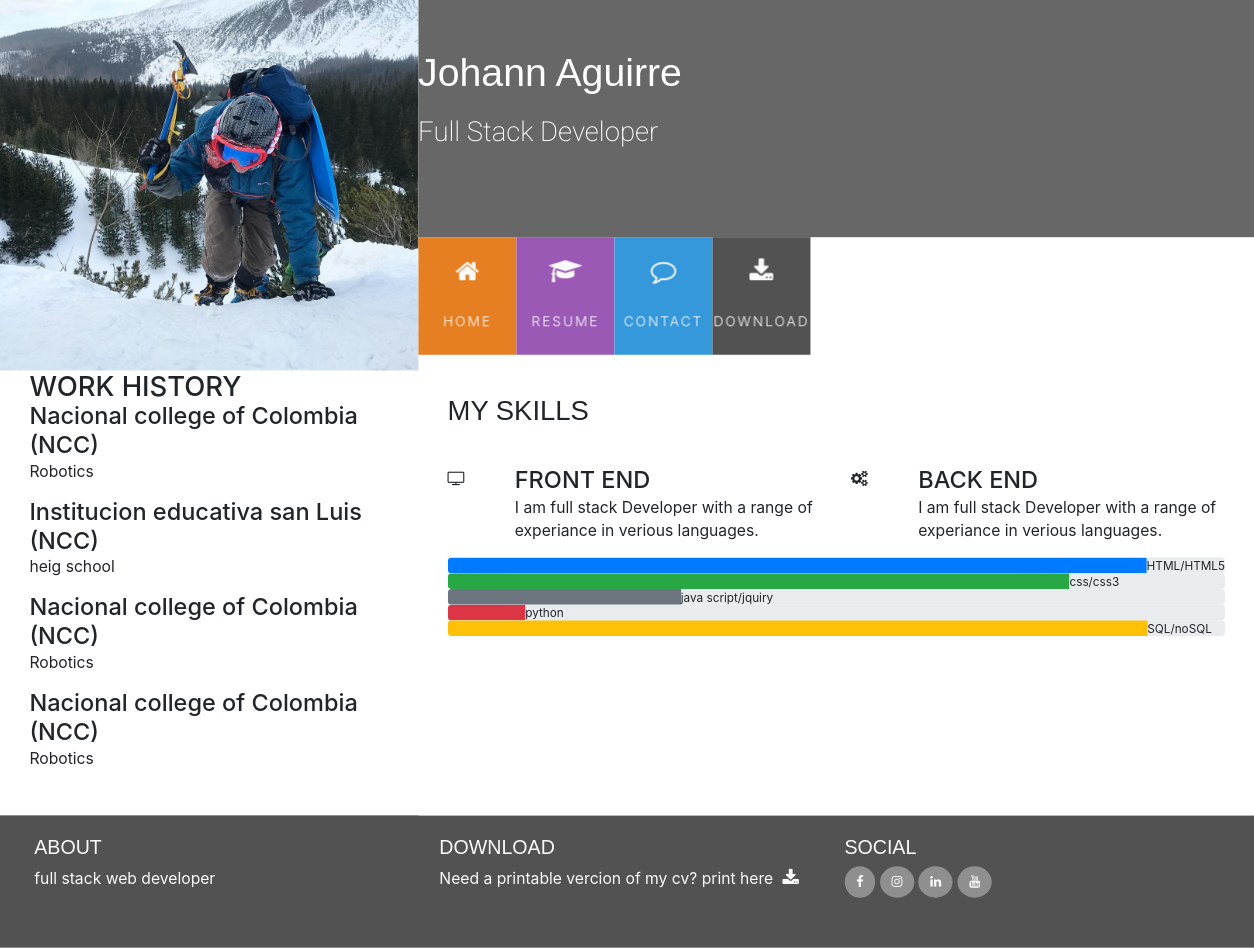
Repository: cachimiro/cv
Page: resume.html
The author's editor kept a record of every edit. The page is drawn from the files as they stood at one moment, then again after the next edit.
The browser window is 1280 px wide. The pictures show the whole page, at 98% of full size.
Some web fonts or font styles are not loaded; a fallback is used. Some web libraries are served in a nearby version.

Above is the page before.

### resume.html
<!DOCTYPE html>
<html lang="en">

<head>
    <meta charset="UTF-8">
    <meta name="viewport" content="width=device-width, initial-scale=1.0">
    <meta http-equiv="X-UA-Compatible" content="ie=edge">
    <link rel="stylesheet" href="https://stackpath.bootstrapcdn.com/bootstrap/4.2.1/css/bootstrap.min.css" type="text/css" />
    <link rel="stylesheet" href="https://stackpath.bootstrapcdn.com/font-awesome/4.7.0/css/font-awesome.min.css" type="text/css" />
    <link rel="stylesheet" href="https://cdnjs.cloudflare.com/ajax/libs/hover.css/2.3.1/css/hover-min.css" type="text/css" />
    <link rel="stylesheet" href="css/style.css" type="text/css" />
    <title>Johann Aguirre</title>
</head>

<body>
    <header>
        <div class="row no-gutters">
            <a href="index.html" class="col-md-4 logo">

            </a>
            <div class="col-md-8">
                <div class="row no-gutters">
                    <div class="col heading bg-color-name-title">
                        <h1 class="name">Johann Aguirre</h1>
                        <h2 class="title">Full Stack Developer</h2>

                    </div>
                </div>
                <div class="row no-gutters inline-block">
                    <div class="col"></div>
                    <ul id="nav" class="list-inline menucontainer">
                        <li class="col-6 col-sm-3 ui-menu-color-home list-inline-item menuitem">
                            <a href="#" class="hvr-sweep-to-bottom"><i class="fa fa-home " aria-hidden="true"></i><span>Home</span></a>
                        </li>
                        <li class="col-6 col-sm-3 ui-menu-color-resume list-inline-item menuitem">
                            <a href="#" class="hvr-sweep-to-bottom"><i class="fa fa-graduation-cap"aria-hidden="true"></i> <span>Resume</span></a>
                        </li>
                        <li class="col-6 col-sm-3 ui-menu-color-contact list-inline-item menuitem">
                            <a href="#" class="hvr-sweep-to-bottom"><i class="fa fa-comment-o" aria-hidden="true"></i><span>Contact</span></a>
                        </li>
                        <li class="col-6 col-sm-3 ui-menu-color-download list-inline-item menuitem">
                            <a href="#" class="hvr-sweep-to-bottom"><i class="fa fa-download" aria-hidden="true"></i><span>Download</span></a>
                        </li>

                        </li>
                    </ul>

                </div>

            </div>
        </div>
    </header>
    <section class="container-fluid">
        <div class="row">
            <div class="col-md-4 bg-color-work-history section-column">
                <div class="row">
                    <div class="col-12">
                        <h3 class="history-heading uppercase">work History</h3>
                    </div>
                </div>
                <div class="timeline-item" data-dates="02/1999-04/2004">
                    <h4>Nacional college of Colombia (NCC)</h4>
                    <p>Robotics</p>
                </div>
                <div class="timeline-item" data-dates="08/2004-04/2008">
                    <h4>Institucion educativa san Luis (NCC)</h4>
                    <p>heig school</p>
                </div>
                <div class="timeline-item" data-dates="04/2008-04/2009">
                    <h4>Nacional college of Colombia (NCC)</h4>
                    <p>Robotics</p>
                </div>
                <div class="timeline-item" data-dates="04/2009-04/2015">
                    <h4>Nacional college of Colombia (NCC)</h4>
                    <p>Robotics</p>
                </div>
            </div>
            <div class="col-md-8 bg-color-three-reasons section-column">
                <div class="row">
                    <div class="col">
                        <h3 class="section-heading uppercase">My skills</h3>
                    </div>
                </div>
                <div class="row">
                    <div class="col-10 offset-1 offset-sm-0 col-sm-4 col-md-6">
                        <div class="row">
                            <div class="col-2">
                                <i class="three-reasons-icon fa fa-tv" aria-hidden="true"></i>
                            </div>
                            <div class="col-10">
                                <h4 class="three-reasons-heading uppercase">Front End</h4>
                                <p>I am full stack Developer with a range of experiance in verious languages.</p>
                            </div>
                        </div>
                    </div>
                    <div class="col-10 offset-1 offset-sm-0 col-sm-4 col-md-6">
                        <div class="row">
                            <div class="col-2">
                                <i class="three-reasons-icon fa fa-gears" aria-hidden="true"></i>
                            </div>
                            <div class="col-10">
                                <h4 class="three-reasons-heading uppercase">Back End</h4>
                                <p>I am full stack Developer with a range of experiance in verious languages.</p>
                            </div>
                        </div>
                    </div>


                </div>
                <div class="row progress-section">
                    <div class="col">
                        <div class="progress">
                            <div class="progress-bar" role="progressbar" aria-valuenow="90" aria-valuemin="0" aria-valuemax="100" style="width:90%;">
                                <span class="sr-only">90% complete</span>
                            </div>
                            <span class="progress-type">HTML/HTML5</span>
                        </div>
                        <div class="progress">
                            <div class="progress-bar bg-success" role="progressbar" aria-valuenow="70" aria-valuemin="0" aria-valuemax="100" style="width:80%;">
                                <span class="sr-only">70% complete</span>
                            </div>
                            <span class="progress-type">css/css3</span>
                        </div>

                        <div class="progress">
                            <div class="progress-bar bg-secondary" role="progressbar" aria-valuenow="50" aria-valuemin="0" aria-valuemax="100" style="width:30%;">
                                <span class="sr-only">10% complete</span>
                            </div>
                            <span class="progress-type">java script/jquiry</span>
                        </div>
                        <div class="progress">
                            <div class="progress-bar bg-danger" role="progressbar " aria-valuenow="30" aria-valuemin="0" aria-valuemax="100" style="width:10%;">
                                <span class="sr-only">8% complete</span>
                            </div>
                            <span class="progress-type">python</span>
                        </div>
                        <div class="progress">
                            <div class="progress-bar bg-warning" role="progressbar" aria-valuenow="90" aria-valuemin="0" aria-valuemax="100" style="width:90%;">
                                <span class="sr-only">90% complete</span>
                            </div>
                            <span class="progress-type">SQL/noSQL</span>
                        </div>
                    </div>
                </div>

            </div>
        </div>


    </section>
    <footer class="container-fluid">
        <div id="footer-detail" class="row">
            <div class="col-sm-4">
                <h5 class="uppercase general-sub">About</h5>
                <p class="inline-block">full stack web developer</p>
            </div>
            <div class="col-sm-4">
                <h5 class="uppercase general-sub">Download</h5>
                <p class="inline-block"> Need a printable vercion of my cv? print here
                    <a href="#" target="_blank" class="cv-pdf">
                <i class="fa fa-download" aria-hidden="true"></i>
                <span class="sr-only">Download link</span>
                </a>
                </p>
            </div>
            <div class="col-sm-4">
                <h5 class="uppercase general-sub">Social</h5>
                <ul class="list-inline social-links">
                    <li class="list-inline-item">
                        <a target="_blank" href="#">
                            <i class="fa fa-facebook" aria-hidden="true"></i>
                            <span class="sr-only">Facebook</span>
                        </a>
                    </li>
                    <li class="list-inline-item">
                        <a target="_blank" href="#">
                            <i class="fa fa-instagram" aria-hidden="true"></i>
                            <span class="sr-only">Instagram</span>
                        </a>
                    </li>
                    <li class="list-inline-item">
                        <a target="_blank" href="#">
                            <i class="fa fa-linkedin" aria-hidden="true"></i>
                            <span class="sr-only">Linkedin</span>
                        </a>
                    </li>
                    <li class="list-inline-item">
                        <a target="_blank" href="#">
                            <i class="fa fa-youtube" aria-hidden="true"></i>
                            <span class="sr-only">Youtube</span>
                        </a>
                    </li>
                </ul>

            </div>
        </div>


    </footer>

</body>

</html>

### css/style.css
@import url('https://fonts.googleapis.com/css?family=Roboto:100,200,300,400,500,600,700 | Exo 100,200,300,400,500,600,700');

/*--- colors*/

.bg-color-name-title {
    background-color: #676767;
}
.bg-color-three-reasons{
    background-color: #ffffff;
}

.ui-menu-color-home {
    background-color: #e67e22;


}

.ui-menu-color-resume {
    background-color: #9b59b6;

}

.ui-menu-color-contact {
    background-color: #3498db;

}

.ui-menu-color-download {
    background-color: #525252;
}

/*---- special paddings margins and text--*/

h1,
h2,
h3,
h4{
    margin: 0;

}
.uppercase{
    text-transform: uppercase;
}
.general-sub{
    font-family: "Exo", sans-serif;
    font-weight: 300;
    color: #fafafa;

}
.inline-block{
    display: inline-block;

}
.row-table{
    display: table;
}
.section-column{
    display: table-cell;
    padding: 0 30px 30px;
    float: none;
}

.section-heading{
    font-family: "Exo", sans-serif;
    font-weight: 300;
    margin-top: 25px;
    margin-bottom: 40px;
}


/*------- headings*/

header {
    margin: 0;
}

.logo {
    background: url("../images/johann.jpg");
    background-position: center;
    background-repeat: no-repeat;
    background-size: cover;
    min-height: 360px;
    transition: all .5s ease-in-out;
    -moz-transition: all .5s ease-in-out;
    -webkit-transition: all .5s ease-in-out;
}

.name {
    font-family: "exo", sans-serif;
    font-weight: 100;
    font-size: 40px;
    margin-top: 50px;
    color: #ffffff;
}

.title {
    font-family: "roboto", sans-serif;
    font-weight: 200;
    font-size: 28px;
    margin-top: 20px;
    margin-bottom: 90px;
    color: #ffffff;
}

.list-inline-item:not(:last-child) {
    margin: 0;
}

.menucontainer {
    font-size: 0;
}

.list-inline-item:not(:last-child) {
    margin: 0;
}

.menucontainer {
    font-size: 0;
}

#nav li {
    font-size: 14px;
    padding: 0;

}

.menuitem {
    height: 120px;
    text-align: center;
    padding: 0;
}

.menuitem a {
    width: 100px;
    text-decoration: 0;
    color: #fff;
    height: 120px;
}

.menuitem a i {
    padding: 22px;
    display: block;
    color: #fafafa;
    font-size: 26px;
}

.menuitem span {
    display: block;
    width: 100%;
    padding-top: 5px;
    text-align: center;
    text-transform: uppercase;
    font-size: 14px;
    font-weight: 300;
    letter-spacing: 2px;

}

/*-- hover.css*/

.hvr-sweep-to-bottom:before {
    background: rgb(0, 0, 0, 0.2);
    height: 120px;

}
/*--- footer*/
footer {
    background-color: #525252;
    color: #fafafa;
    min-height: 120px;
    margin: 0;
}
.cv-pdf i {
    font-size: 18px;
    color: #fafafa;
    text-align: center;
    padding-left: 5px;
    transition:all 0.35s ease-in-out;
    -moz-transition:all 0.35s ease-in-out;
    -webkit-transition:all 0.35s ease-in-out;
    -o-transition:all 0.35s ease-in-out;
}
.cv-pdf i:hover{
    color: #e84610
}
.social-links{
    padding-bottom: 15px;
}
.social-links li a i{
    widows: 32px;
    height: 32px;
    padding: 12px;
    border-radius: 50%;
    font-size: 13px;
    line-height: 7px;
    text-align: center;
    color: #fafafa;
    background: #8f8f8f;
     transition:all 0.35s ease-in-out;
    -moz-transition:all 0.35s ease-in-out;
    -webkit-transition:all 0.35s ease-in-out;
    -o-transition:all 0.35s ease-in-out;
}
.social-links li a i:hover{
    background:#e84610;

}
#footer-detail{
    padding: 20px;
}

After the next edit:
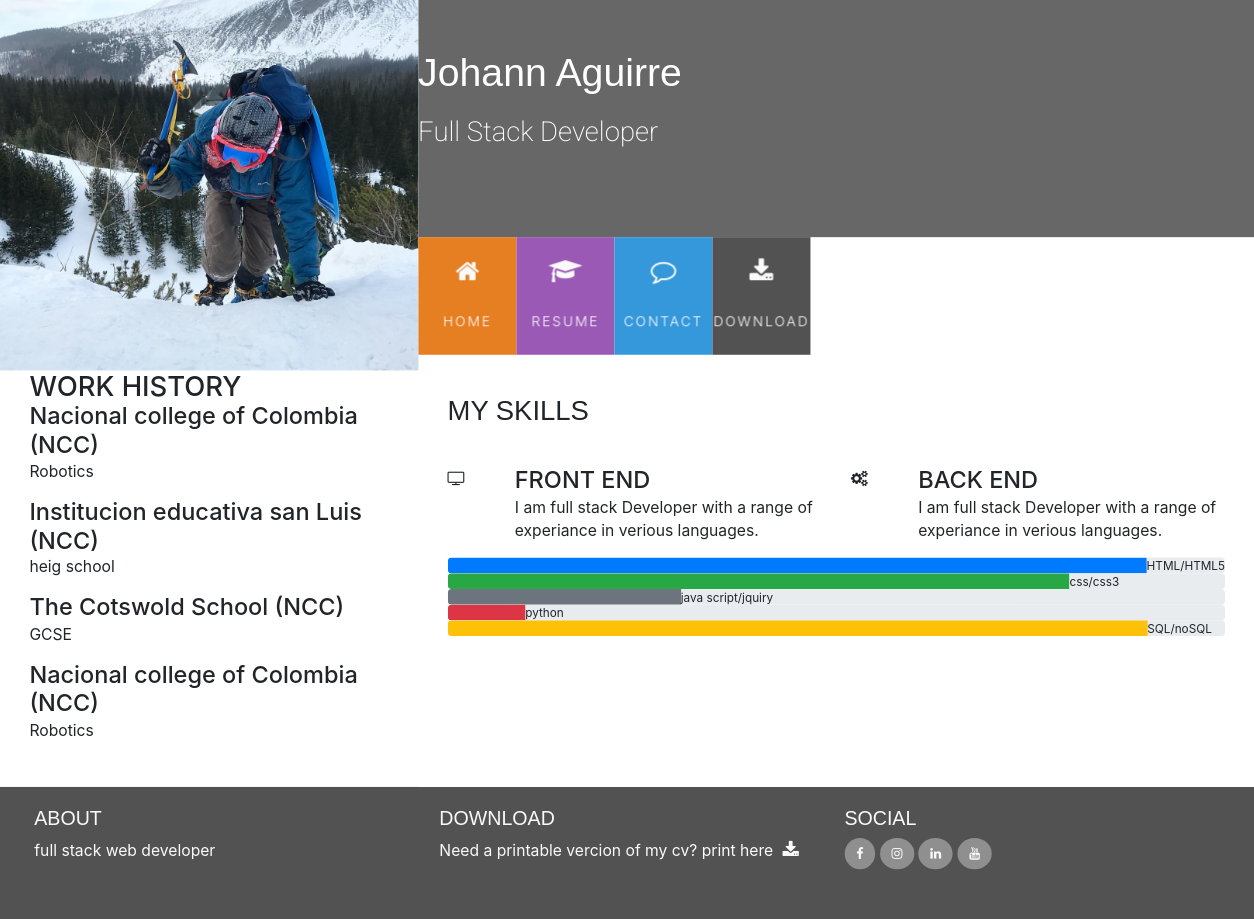
The edit:
--- a/resume.html
+++ b/resume.html
@@ -67,8 +67,8 @@
                     <p>heig school</p>
                 </div>
                 <div class="timeline-item" data-dates="04/2008-04/2009">
-                    <h4>Nacional college of Colombia (NCC)</h4>
-                    <p>Robotics</p>
+                    <h4>The Cotswold School (NCC)</h4>
+                    <p>GCSE</p>
                 </div>
                 <div class="timeline-item" data-dates="04/2009-04/2015">
                     <h4>Nacional college of Colombia (NCC)</h4>
